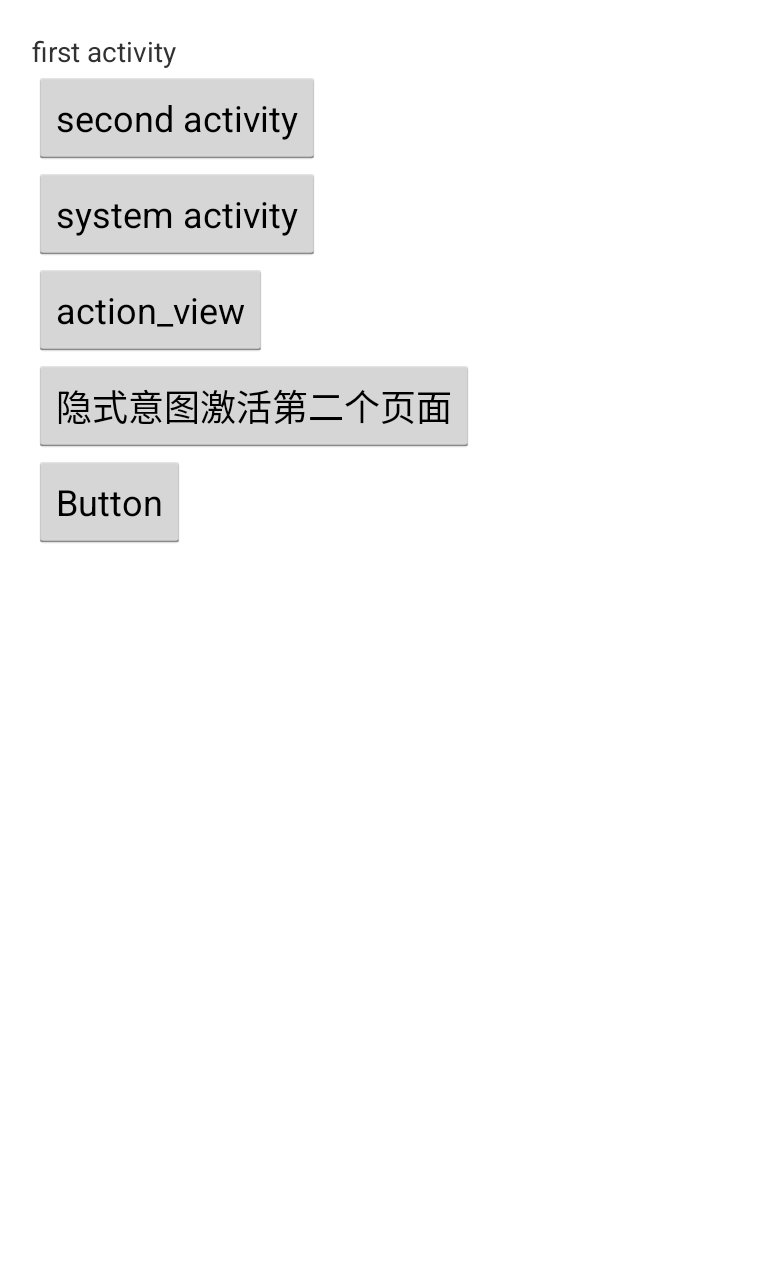
Repository: DongHuaLu/android
Layout: 23TwoActivity/res/layout/activity_main.xml
These files come from the project's save history. The layout is drawn as it stood at one moment and after the next save; the edit follows.
It is drawn on a 768 x 1280 px phone screen (xhdpi) without system bars, with theme AppTheme; the app's code is not run.

Above is the layout before, as saved 2013-08-28 09:59:01.

### 23TwoActivity/res/layout/activity_main.xml
<LinearLayout xmlns:android="http://schemas.android.com/apk/res/android"
    xmlns:tools="http://schemas.android.com/tools"
    android:layout_width="match_parent"
    android:layout_height="match_parent"
    android:paddingBottom="@dimen/activity_vertical_margin"
    android:paddingLeft="@dimen/activity_horizontal_margin"
    android:paddingRight="@dimen/activity_horizontal_margin"
    android:paddingTop="@dimen/activity_vertical_margin"
    android:orientation="vertical"
    tools:context=".MainActivity" >

    <TextView
        android:layout_width="wrap_content"
        android:layout_height="wrap_content"
        android:text="first activity" />

    <Button
        android:layout_width="wrap_content"
        android:layout_height="wrap_content"
        android:onClick="click"
        android:text="second activity" />

    <Button
        android:onClick="click2"
        android:id="@+id/button1"
        android:layout_width="wrap_content"
        android:layout_height="wrap_content"
        android:text="system activity" />

    <Button
        android:id="@+id/button2"
        android:onClick="click3"
        android:layout_width="wrap_content"
        android:layout_height="wrap_content"
        android:text="action_view" />

    <Button
        android:id="@+id/button3"
        android:onClick="click4"
        android:layout_width="wrap_content"
        android:layout_height="wrap_content"
        android:text="隐式意图激活第二个页面" />

    <Button
        android:id="@+id/button4"
        android:onClick="click5"
        android:layout_width="wrap_content"
        android:layout_height="wrap_content"
        android:text="Button" />

</LinearLayout>

Loaded but not shown: 23TwoActivity/res/values/styles.xml (common file); 23TwoActivity/res/values-v11/styles.xml (common file); 23TwoActivity/res/values-v14/styles.xml (common file); 23TwoActivity/res/values/dimens.xml (common file)

After the next save:
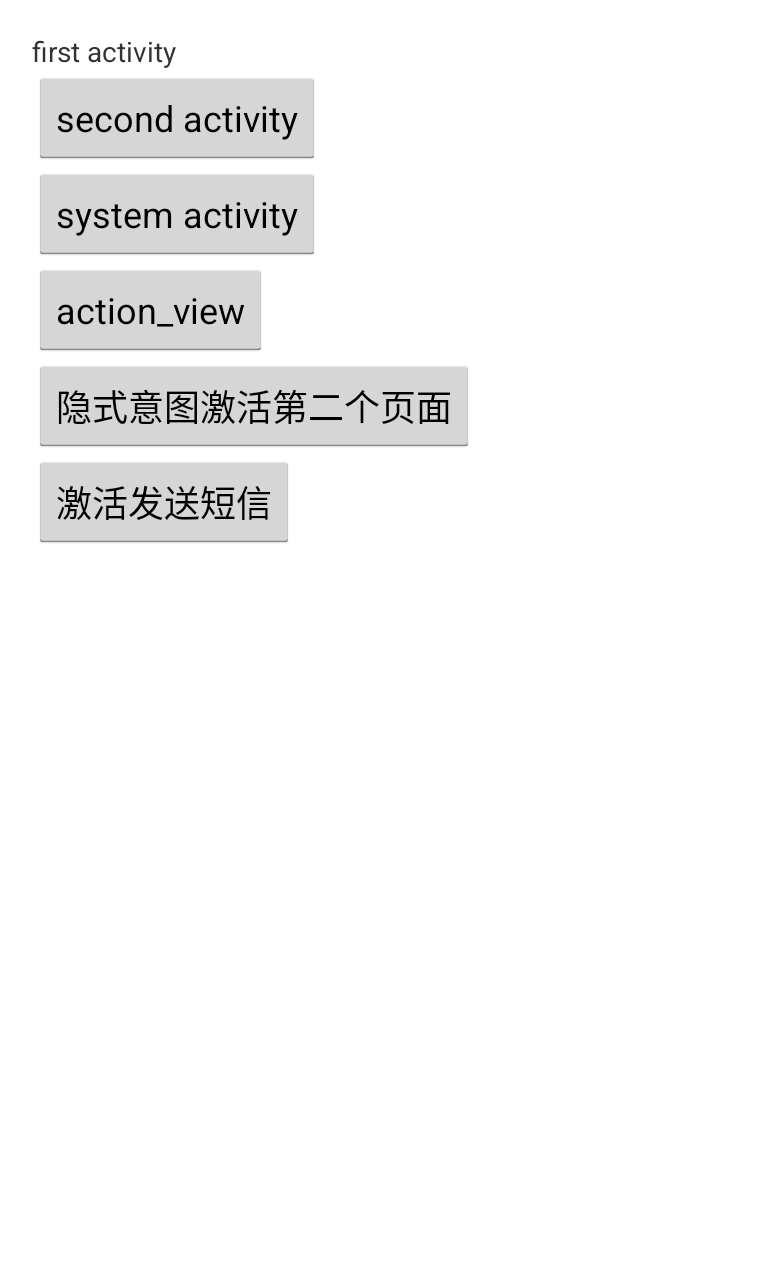
Saved 7 s later.
--- a/23TwoActivity/res/layout/activity_main.xml
+++ b/23TwoActivity/res/layout/activity_main.xml
@@ -46,6 +46,6 @@
         android:onClick="click5"
         android:layout_width="wrap_content"
         android:layout_height="wrap_content"
-        android:text="Button" />
+        android:text="激活发送短信" />
 
 </LinearLayout>
